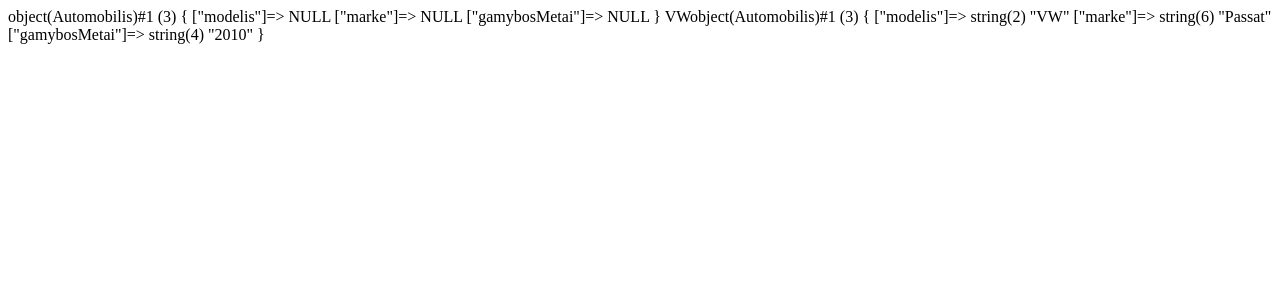
Repository: motiejus1/11-paskaita-PHP-05.31
Page: http://localhost/
These files come from the project's save history. The page is drawn as it stood at one moment and after the next save; the edit follows.
The browser window is 1280 px wide. The pictures show the whole page.
The page is run by PHP 8.4 with error messages shown; the project is at /var/www/html/.

Above is the page before, as saved 2021-08-09 18:35:30.

After the next save:
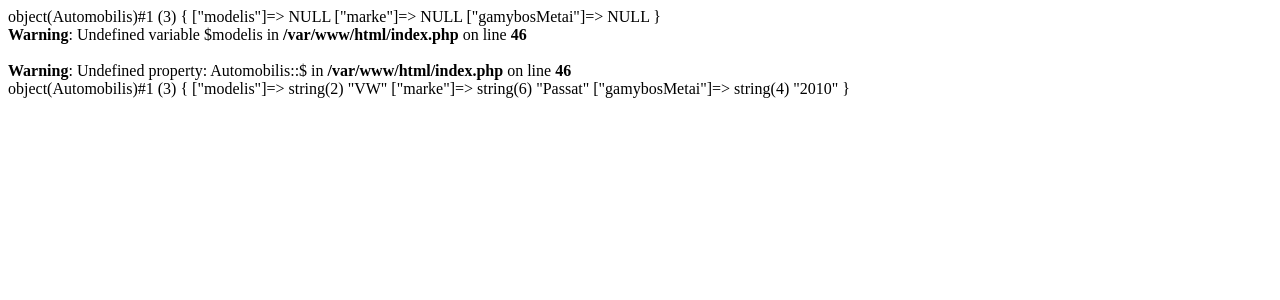
Saved 34 s later.
--- a/index.php
+++ b/index.php
@@ -43,7 +43,7 @@
 
 
     //O kaip pavyzdiui isivesti tik automobilio modeli?
-    echo $automobilis->modelis;
+    echo $automobilis->$modelis;
     var_dump($automobilis);
     ?>
 </body>

After the save that followed:
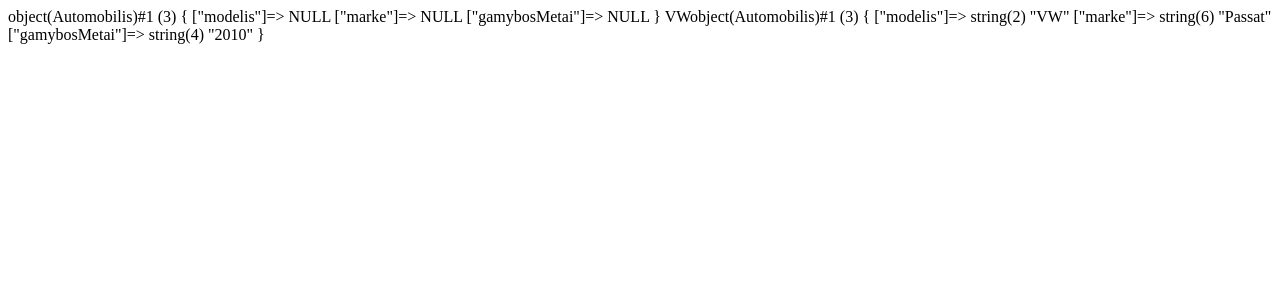
Saved 4 s later.
--- a/index.php
+++ b/index.php
@@ -43,7 +43,7 @@
 
 
     //O kaip pavyzdiui isivesti tik automobilio modeli?
-    echo $automobilis->$modelis;
+    echo $automobilis->modelis;
     var_dump($automobilis);
     ?>
 </body>
